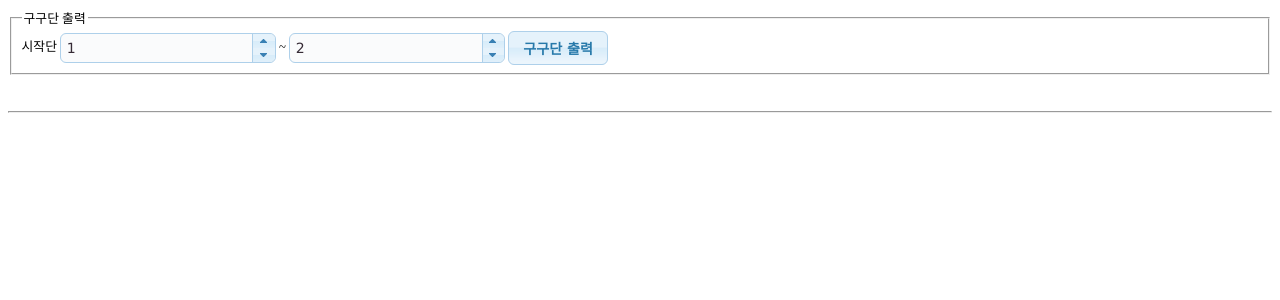
Repository: popconnect/jQuery
Page: http://localhost/jQueryUiEx02/SpinnerEx01.jsp
An editor plug-in stored every save of this project. The page is shown before and after the next save, followed by the edit.
The browser window is 1280 px wide. The pictures show the whole page.
After loading, the first visible `#btn` was clicked once.
The page is served by Tomcat 9.

Above is the page before, as saved 2023-05-17 03:34:33.

After the next save:
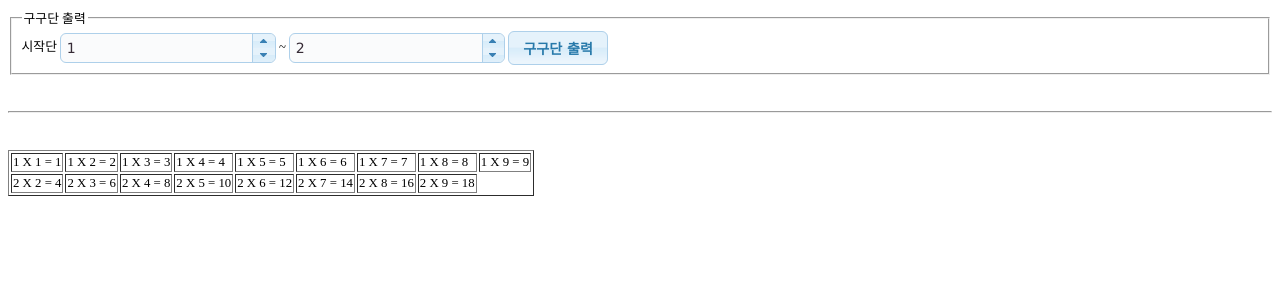
Saved 95 s later.
--- a/jQueryUiEx02/src/main/webapp/SpinnerEx01.jsp
+++ b/jQueryUiEx02/src/main/webapp/SpinnerEx01.jsp
@@ -47,6 +47,7 @@ body {
 				html += "</tr>"
 			}
 			html += "</table>"
+			$('#result').html(html);
 		})
 	});
 </script>
